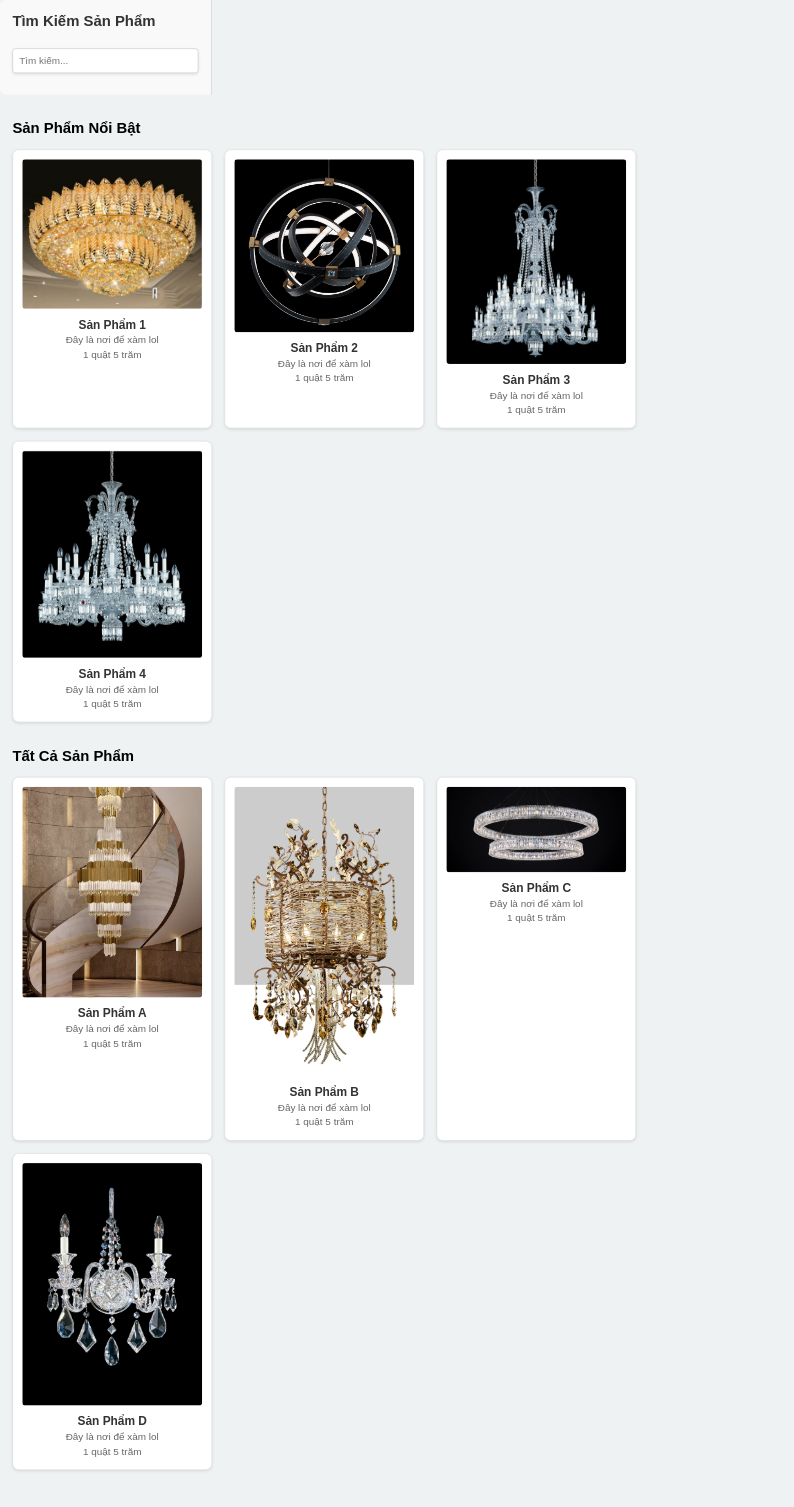
Repository: Nghia251506/eproject
Page: http://localhost/eproject/app/views/product.php
The author's editor kept a copy of each file at every save. The page is drawn from the files as they stood at one save, then again after the next save.
The browser window is 1280 px wide. The pictures show the whole page, at 62% of full size.
The page is run by PHP 8.4 with error messages shown; the project is at /var/www/html/.

Above is the page before, as saved 2024-10-05 18:38:36.

### app/views/product.php
<!DOCTYPE html>
<html lang="vi">
<head>
    <meta charset="UTF-8">
    <meta name="viewport" content="width=device-width, initial-scale=1.0">
    <title>product</title>
    <link rel="stylesheet" href="http://localhost/eproject/app/assets/css/product.css"> <!-- Bạn có thể thêm CSS tại đây -->
</head>
<body>
<div class="container-product">
        <aside class="sidebar">
            <h2>Tìm Kiếm Sản Phẩm</h2>
            <input type="text" placeholder="Tìm kiếm...">
        </aside>

        <main class="main-content">
            <section class="featured-products">
                <h2>Sản Phẩm Nổi Bật</h2>
                <div class="product-row">
                    <div class="product">
                        <img src="http://localhost/eproject/app/assets/data/den1.png" alt="Sản phẩm 1" />
                        <h3>Sản Phẩm 1</h3>
                        <p>Đây là nơi để xàm lol</p>
                        <p>1 quật 5 trăm</p>
                    </div>
                    <div class="product">
                        <img src="http://localhost/eproject/app/assets/data/den2.png" alt="Sản phẩm 2" />
                        <h3>Sản Phẩm 2</h3>
                        <p>Đây là nơi để xàm lol</p>
                        <p>1 quật 5 trăm</p>
                    </div>
                    <div class="product">
                        <img src="http://localhost/eproject/app/assets/data/den3.png" alt="Sản phẩm 3" />
                        <h3>Sản Phẩm 3</h3>
                        <p>Đây là nơi để xàm lol</p>
                        <p>1 quật 5 trăm</p>
                    </div>
                    <div class="product">
                        <img src="http://localhost/eproject/app/assets/data/den4.png" alt="Sản phẩm 4" />
                        <h3>Sản Phẩm 4</h3>
                        <p>Đây là nơi để xàm lol</p>
                        <p>1 quật 5 trăm</p>
                    </div>
                </div>
            </section>

            <section class="all-products">
                <h2>Tất Cả Sản Phẩm</h2>
                <div class="product-row">
                    <div class="product">
                        <img src="http://localhost/eproject/app/assets/data/den5.png" alt="Sản phẩm A" />
                        <h3>Sản Phẩm A</h3>
                        <p>Đây là nơi để xàm lol</p>
                        <p>1 quật 5 trăm</p>
                    </div>
                    <div class="product">
                        <img src="http://localhost/eproject/app/assets/data/den6.png" alt="Sản phẩm B" />
                        <h3>Sản Phẩm B</h3>
                        <p>Đây là nơi để xàm lol</p>
                        <p>1 quật 5 trăm</p>
                    </div>
                    <div class="product">
                        <img src="http://localhost/eproject/app/assets/data/den7.png" alt="Sản phẩm C" />
                        <h3>Sản Phẩm C</h3>
                        <p>Đây là nơi để xàm lol</p>
                        <p>1 quật 5 trăm</p>
                    </div>
                    <div class="product">
                        <img src="http://localhost/eproject/app/assets/data/den8.png" alt="Sản phẩm D" />
                        <h3>Sản Phẩm D</h3>
                        <p>Đây là nơi để xàm lol</p>
                        <p>1 quật 5 trăm</p>
                    </div>
                </div>
                <!-- Them sp o duoi -->
            </section>
        </main>
    </div>
</body>
</html>

### app/assets/css/product.css

body {
    font-family: 'Arial', sans-serif; /* Font chữ cơ bản */
    margin: 0; /* Xóa margin mặc định */
    padding: 0; /* Xóa padding mặc định */
    background-color: #eef2f3; /* Màu nền sáng nhẹ cho trang */
}


/* Bố cục tổng thể của trang    */
/* ============================= */
.container {
    display: flex; /* Sử dụng Flexbox để dễ dàng bố trí sidebar và main-content */
    max-width: 1350px; /* Độ rộng tối đa của container */
    margin: 20px auto; /* Giữa trang */
    background-color: #fff; /* Màu nền trắng cho container */
    border-radius: 10px; /* Bo góc cho container */
    box-shadow: 0 4px 20px rgba(0, 0, 0, 0.1); /* Đổ bóng nhẹ cho container */
}


/* Sidebar chứa thanh tìm kiếm  */
/* ============================= */
.sidebar {
    width: 300px; /* Độ rộng của sidebar */
    padding: 20px; /* Padding xung quanh */
    background-color: #f9f9f9; /* Màu nền của sidebar */
    border-right: 2px solid #ddd; /* Đường viền bên phải */
    border-radius: 10px 0 0 10px; /* Bo góc cho sidebar */
}

/* Tiêu đề trong sidebar */
.sidebar h2 {
    margin-top: 0; /* Xóa margin trên cùng */
    font-size: 1.5em; /* Kích thước chữ lớn hơn */
    color: #333; /* Màu chữ tối */
}

/* Thanh nhập tìm kiếm */
.sidebar input {
    width:250px; /* Chiều rộng 100% của sidebar */
    padding: 15px 20px; /* Tăng padding để làm cho ô input lớn hơn, gọn gàng hơn */
    margin-top: 10px; /* Khoảng cách trên */
    border: 2px solid #007BFF; /* Đường viền màu xanh */
    border-radius: 5px; /* Bo góc cho ô input */
    font-size: 1.2em; /* Kích thước chữ lớn hơn */
    box-shadow: 0 2px 5px rgba(0, 0, 0, 0.1); /* Đổ bóng nhẹ */
    transition: border-color 0.3s, box-shadow 0s.3s; /* Hiệu ứng chuyển màu khi hover */
}

/* Hiệu ứng khi focus vào ô input */
.sidebar input:focus {
    border-color: #0056b3; /* Màu viền khi focus */
    outline: none; /* Xóa outline mặc định */
    box-shadow: 0 0 8px rgba(0, 123, 255, 0.5); /* Đổ bóng khi focus */
}


/* Nội dung chính               */
/* ============================= */
.main-content {
    flex-grow: 1; /* Chiếm phần còn lại của container */
    padding: 20px; /* Padding xung quanh */
}

/* Tiêu đề cho các mục sản phẩm */
.featured-products, .all-products {
    margin-bottom: 40px; /* Khoảng cách giữa các mục */
}

/* ============================= */
/* Bố cục hàng sản phẩm         */
/* ============================= */
.product-row {
    display: flex; /* Sử dụng Flexbox để bố trí sản phẩm */
    flex-wrap: wrap; /* Cho phép sản phẩm xuống dòng khi không đủ chỗ */
    gap: 20px; /* Khoảng cách giữa các sản phẩm */
}

/* ============================= */
/* Định dạng cho từng sản phẩm   */
/* ============================= */
.product {
    background-color: #fff; /* Màu nền trắng cho sản phẩm */
    border: 1px solid #ddd; /* Đường viền cho sản phẩm */
    border-radius: 10px; /* Bo góc cho sản phẩm */
    padding: 15px; /* Padding bên trong */
    text-align: center; /* Căn giữa nội dung */
    transition: transform 0.2s, box-shadow 0.2s; /* Hiệu ứng chuyển động khi hover */
    width: calc(25% - 20px); /* 4 sản phẩm mỗi hàng, trừ khoảng cách */
    box-shadow: 0 2px 5px rgba(0, 0, 0, 0.1); /* Đổ bóng nhẹ cho sản phẩm */
}

/* Hình ảnh sản phẩm */
.product img {
    max-width: 100%; /* Chiều rộng tối đa là 100% */
    height: auto; /* Tự động điều chỉnh chiều cao */
    border-radius: 5px; /* Bo góc cho hình ảnh */
}

/* Tiêu đề sản phẩm */
.product h3 {
    margin: 10px 0 5px; /* Khoảng cách trên và dưới */
    font-size: 1.2em; /* Kích thước chữ lớn hơn */
    color: #333; /* Màu chữ tối */
}

/* Mô tả sản phẩm */
.product p {
    margin: 5px 0; /* Khoảng cách trên và dưới */
    color: #666; /* Màu chữ xám */
}


/* Hiệu ứng khi di chuột qua sản phẩm */
/* ============================= */
.product:hover {
    transform: scale(1.05); /* Phóng to nhẹ khi hover */
    box-shadow: 0 8px 16px rgba(0, 0, 0, 0.2); /* Đổ bóng lớn hơn khi hover */
}
.form-container {
    display: flex;
    justify-content: center;
    align-items: center;
    min-height: 100vh;
}

/* Định dạng form */
/* form {
    background-color: #fff;
    padding: 20px;
    border-radius: 10px;
    box-shadow: 0 0 15px rgba(0, 0, 0, 0.1);
    width: 100%;
    max-width: 500px;
    margin: 20px;
} */

/* Tiêu đề form */
/* h2.title-form {
    margin-bottom: 20px;
    font-size: 24px;
    color: #333;
    text-align: center;
} */

/* Định dạng cho mỗi label */
/* label {
    display: block;
    margin-bottom: 5px;
    font-weight: bold;
    color: #555;
} */

/* Các trường input */
input[type="text"],
input[type="number"],
input[type="file"],
select {
    width: 100%;
    padding: 10px;
    margin-bottom: 15px;
    border: 1px solid #ccc;
    border-radius: 5px;
    font-size: 16px;
    box-sizing: border-box;
}

/* Nút bấm */
button {
    width: 100%;
    padding: 10px;
    background-color: #007BFF;
    border: none;
    border-radius: 5px;
    color: white;
    font-size: 16px;
    cursor: pointer;
}

/* Khi hover lên nút */
button:hover {
    background-color: #0056b3;
}

/* Căn chỉnh hình ảnh của sản phẩm */
img {
    display: block;
    margin-bottom: 15px;
    max-width: 100px;
}

After the next save:
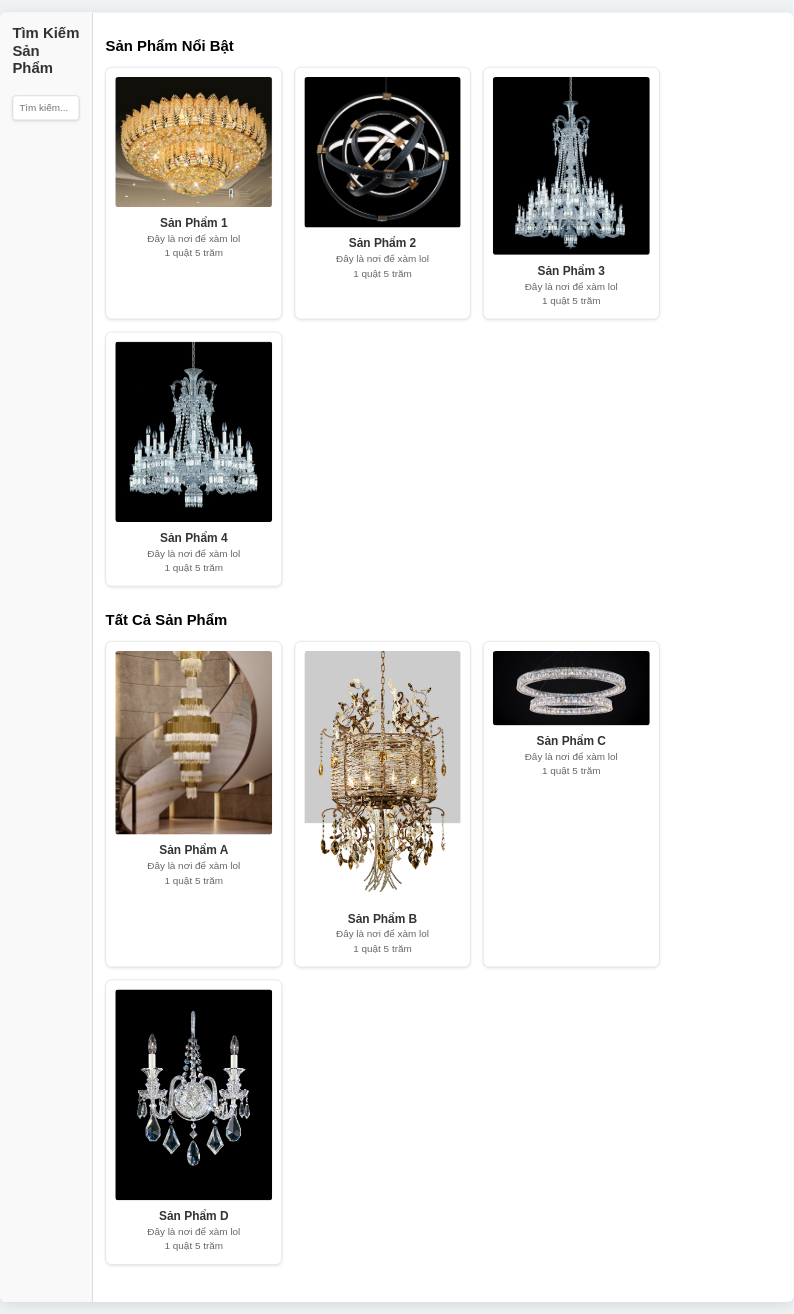
Saved 26 s later.
--- a/app/assets/css/product.css
+++ b/app/assets/css/product.css
@@ -9,7 +9,7 @@ body {
 
 /* Bố cục tổng thể của trang    */
 /* ============================= */
-.container {
+.container-product {
     display: flex; /* Sử dụng Flexbox để dễ dàng bố trí sidebar và main-content */
     max-width: 1350px; /* Độ rộng tối đa của container */
     margin: 20px auto; /* Giữa trang */
